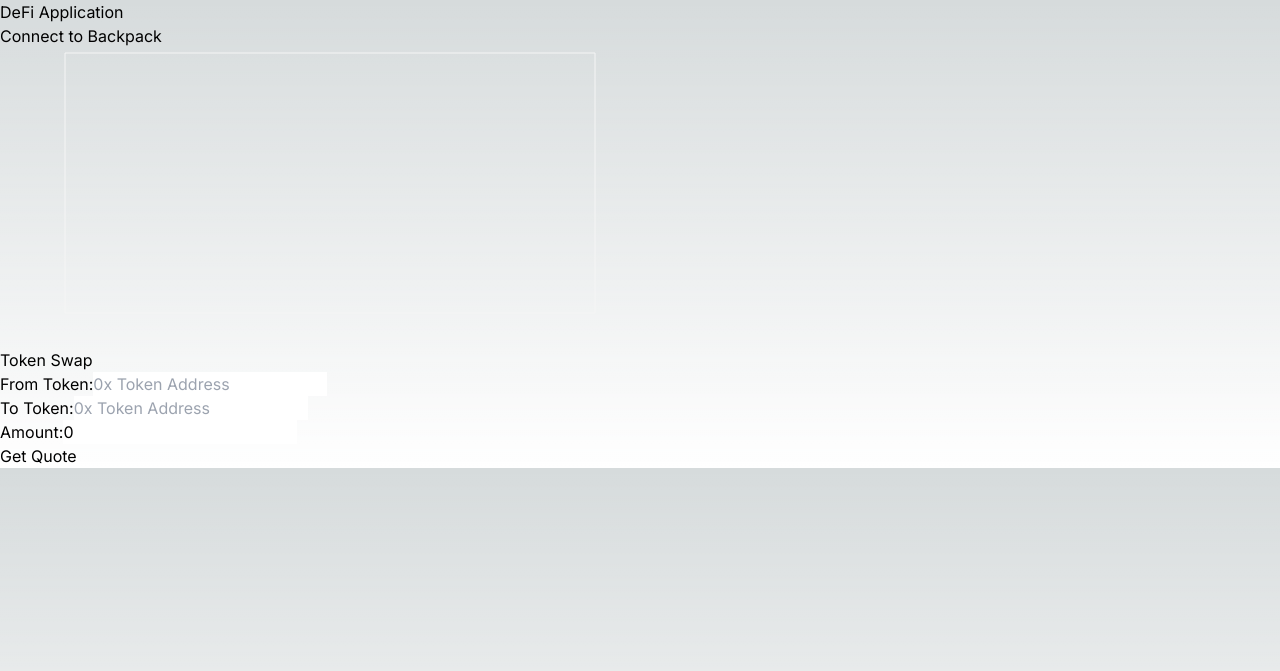
Repository: AllMightLegend/defi-token-swapping-app
Page: /
An editor plug-in stored every save of this project. The page is shown before and after the next save, followed by the edit.
The browser window is 1280 px wide. The pictures show the whole page.
The page's requests for data from a server got no answer. The project was rebuilt for these pictures with package versions that can differ from the ones it lists, and the page was loaded fresh each time. The framework's server and built-in components were replaced by stand-ins that run in the browser. No one was signed in, and anything a server would have sent is missing. Also part of the build but not shown: next.config.mjs.

Above is the page before, as saved 2024-08-27 15:45:18.

After the next save:
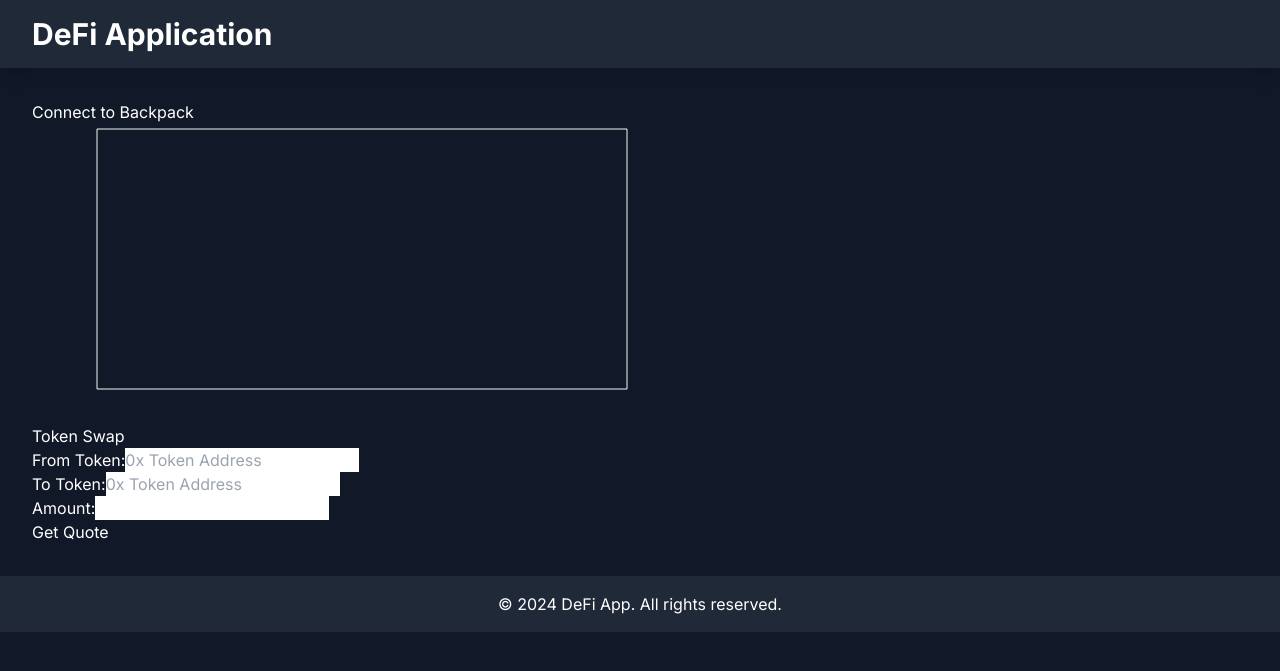
Saved 88 s later.
--- a/app/page.tsx
+++ b/app/page.tsx
@@ -4,15 +4,15 @@
 import WalletConnector from '../components/WalletConnector';
 import PriceChart from '../components/PriceChart';
 import SwapComponent from '../components/SwapComponent';
+import Layout from '../components/Layout';
 
 const Home: React.FC = () => {
   return (
-    <div>
-      <h1>DeFi Application</h1>
+    <Layout>
       <WalletConnector />
       <PriceChart />
       <SwapComponent />
-    </div>
+    </Layout>
   );
 };
 
